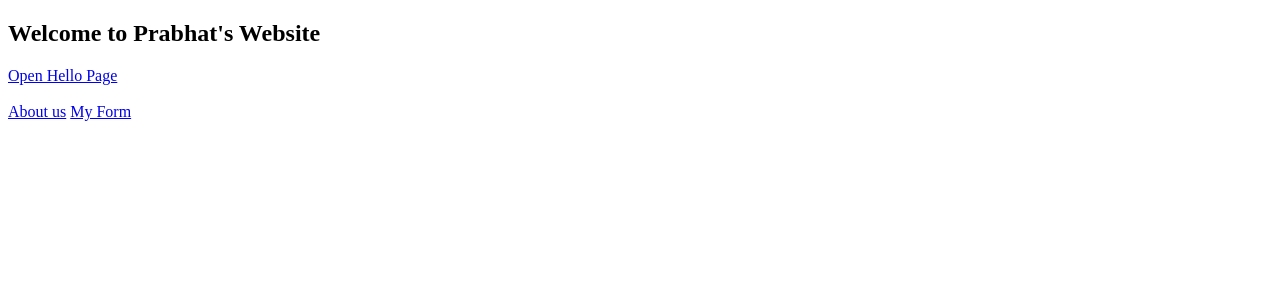
Repository: Prabhat-pandey31/Spring1
Page: http://localhost/MavenWebApp/
The author's editor kept a copy of each file at every save. The page is drawn from the files as they stood at one save, then again after the next save.
The browser window is 1280 px wide. The pictures show the whole page.
The page is served by Tomcat 9. Other server files are loaded and not shown.

Above is the page before, as saved 2024-06-03 18:59:25.

### MavenWebApp/src/main/webapp/index.jsp
<!DOCTYPE html>
<html lang="en">
<head>
    <meta charset="UTF-8">
    <meta name="viewport" content="width=device-width, initial-scale=1.0">
    <title>Prabhat Website</title>
</head>
<body>
    <h2>Welcome to Prabhat's Website</h2>
    <a href="hellopage">Open Hello Page</a> <br> <br>
    <a href="aboutus">About us</a>
    <a href="form">My Form</a>
</body>
</html>

After the next save:
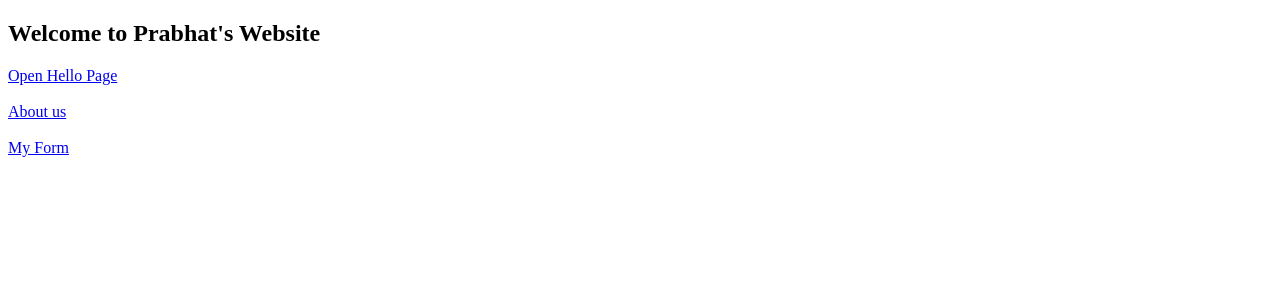
Saved 41 s later.
--- a/MavenWebApp/src/main/webapp/index.jsp
+++ b/MavenWebApp/src/main/webapp/index.jsp
@@ -8,7 +8,7 @@
 <body>
     <h2>Welcome to Prabhat's Website</h2>
     <a href="hellopage">Open Hello Page</a> <br> <br>
-    <a href="aboutus">About us</a>
+    <a href="aboutus">About us</a> <br> <br>
     <a href="form">My Form</a>
 </body>
 </html>
